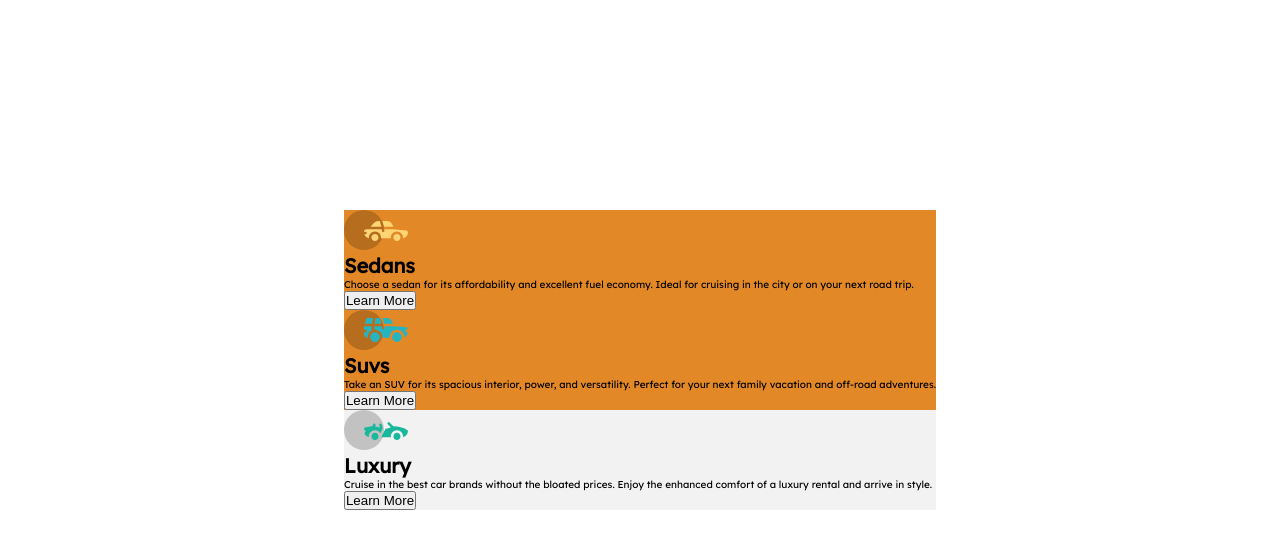
Repository: thaibaocoder1/3-column-card
Page: index.html
The author's editor kept a copy of each file at every save. The page is drawn from the files as they stood at one save, then again after the next save.
The browser window is 1280 px wide. The pictures show the whole page.

Above is the page before, as saved 2023-01-11 20:51:36.

### index.html
<!DOCTYPE html>
<html lang="en">
<head>
  <meta charset="UTF-8">
  <meta name="viewport" content="width=device-width, initial-scale=1.0">
  <link rel="icon" type="image/png" sizes="32x32" href="./images/favicon-32x32.png">
  <title>Frontend Mentor | 3-column preview card component</title>
  <link rel="preconnect" href="https://fonts.googleapis.com">
  <link rel="preconnect" href="https://fonts.gstatic.com" crossorigin>
  <link href="https://fonts.googleapis.com/css2?family=Big+Shoulders+Display:wght@700&family=Lexend+Deca&display=swap" rel="stylesheet">
  <link rel="stylesheet" href="./styles.css">
</head>
<body>

  <main class="container">
    <div class="container__box container__box--one">
      <img src="./images/icon-sedans.svg" alt="" class="container--image">
      <h1 class="container--heading">Sedans</h1>
      <p class="container--content">
        Choose a sedan for its affordability and excellent fuel economy. Ideal for cruising in the city
        or on your next road trip.
      </p>
      <button class="container--btn">Learn More</button>
    </div>

    <div class="container__box container__box--two">
      <img src="./images/icon-suvs.svg" alt="" class="container--image">
      <h1 class="container--heading">Suvs</h1>
      <p class="container--content">
        Take an SUV for its spacious interior, power, and versatility. Perfect for your next family vacation
        and off-road adventures.
      </p>
      <button class="container--btn">Learn More</button>
    </div>

    <div class="container__box container__box--three">
      <img src="./images/icon-luxury.svg" alt="" class="container--image">
      <h1 class="container--heading">Luxury</h1>
      <p class="container--content">
        Cruise in the best car brands without the bloated prices. Enjoy the enhanced comfort of a luxury
        rental and arrive in style.
      </p>
      <button class="container--btn">Learn More</button>
    </div>
  </main>


</body>
</html>

### styles.css
* {
    margin: 0;
    padding: 0;
    box-sizing: border-box;
}
html {
    font-size: 62.5%;
}
body {
    text-rendering: optimizeLegibility;
    scroll-behavior: smooth;
    font-family: 'Big Shoulders Display', cursive;
    font-family: 'Lexend Deca', sans-serif;
    display: flex;
    align-items: center;
    justify-content: center;
    min-height: calc(100vh - 1px);
}
:root {
    --bright-orange: hsl(31, 77%, 52%);
    --dark-cyan: hsl(184, 100%, 22%);
    --very-dark-cyan: hsl(179, 100%, 13%);
    --white-p:  hsla(0, 0%, 100%, 0.75);
    --light-gray: hsl(0, 0%, 95%);
}
.container {
    max-width: 65rem;
    margin: 0 auto;
    background-color: var(--light-gray);
}
.container .container__box--one {
    background-color: var(--bright-orange);
}
.container .container__box--two {
    background-color: var(--bright-orange);
}
.container .container__box--one {
    background-color: var(--bright-orange);
}

After the next save:
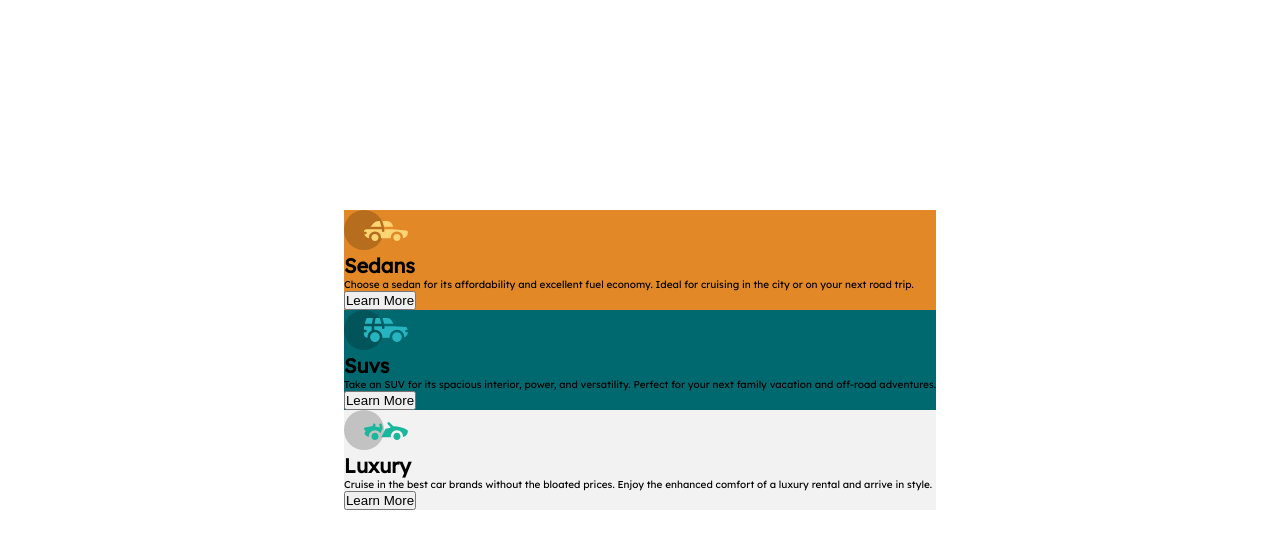
Saved 6 s later.
--- a/styles.css
+++ b/styles.css
@@ -32,7 +32,7 @@
     background-color: var(--bright-orange);
 }
 .container .container__box--two {
-    background-color: var(--bright-orange);
+    background-color: var(--dark-cyan);
 }
 .container .container__box--one {
     background-color: var(--bright-orange);
